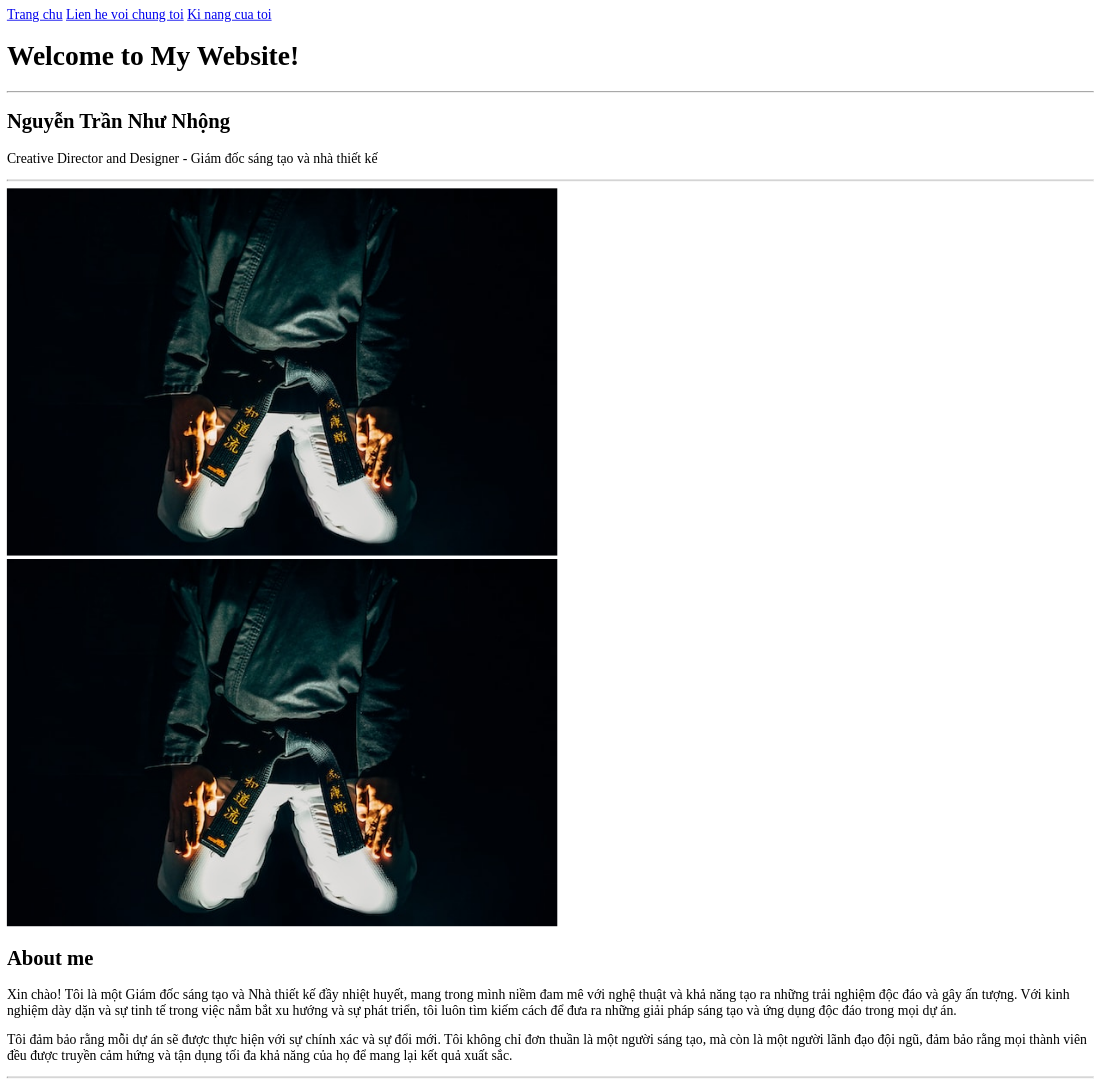
Repository: bachphamudu/index-ontap1
Page: index.html
The author's editor kept a copy of each file at every save. The page is drawn from the files as they stood at one save, then again after the next save.
The browser window is 1280 px wide. The pictures show the whole page, at 86% of full size.

Above is the page before, as saved 2026-10-16 07:28:05.

### index.html
<!DOCTYPE html>
<html lang="vi">

<head>
    <meta charset="UTF-8">
    <meta http-equiv="X-UA-Compatible" content="IE=edge">
    <meta name="viewport" content="width=device-width, initial-scale=1.0">
    <title>Bài học multi page Website</title>
</head>

<body>
    <!-- Thêm các link điều hướng -->
    <!-- 1. Điều hướng về trang chủ -->
    <a href="/">Trang chu</a>
    <!-- 2. Điều hướng đến contact.html -->
    <a href="./more-info/contact.html">Lien he voi chung toi</a>
    <!-- 3. Điều hướng đến my-skill.html -->
    <a href="./more-info/my-skill.html">Ki nang cua toi</a>

    <h1>Welcome to My Website!</h1>
    <hr>
    <h2>Nguyễn Trần Như Nhộng</h2>
    <p>Creative Director and Designer - Giám đốc sáng tạo và nhà thiết kế</p>
    <hr>

    <!-- Thêm hình ảnh tuhoc.cc.jpg và khi click chuột sẽ điều hướng đến contact.html  -->
    <a href="./more-info/contact.html"><img src="./assets/images/tuhoc.cc.jpg" alt="anh tu hoc"></a>
    <img src="./assets/images/tuhoc.cc.jpg" alt="nhan vao la dinh" >
    <a href="./more-info/contact.html"></a>
    <h2>About me</h2>
    <p>Xin chào! Tôi là một Giám đốc sáng tạo và Nhà thiết kế đầy nhiệt huyết, mang trong mình niềm đam mê với nghệ
        thuật và khả năng tạo ra những trải nghiệm độc đáo và gây ấn tượng. Với kinh nghiệm dày dặn và sự tinh tế trong
        việc nắm bắt xu hướng và sự phát triển, tôi luôn tìm kiếm cách để đưa ra những giải pháp sáng tạo và ứng dụng
        độc đáo trong mọi dự án.</p>
    <p>Tôi đảm bảo rằng mỗi dự án sẽ được thực hiện với sự chính xác và sự đổi mới. Tôi không chỉ đơn thuần là một người
        sáng tạo, mà còn là một người lãnh đạo đội ngũ, đảm bảo rằng mọi thành viên đều được truyền cảm hứng và tận dụng
        tối đa khả năng của họ để mang lại kết quả xuất sắc.</p>
    <hr>


</body>

</html>

After the next save:
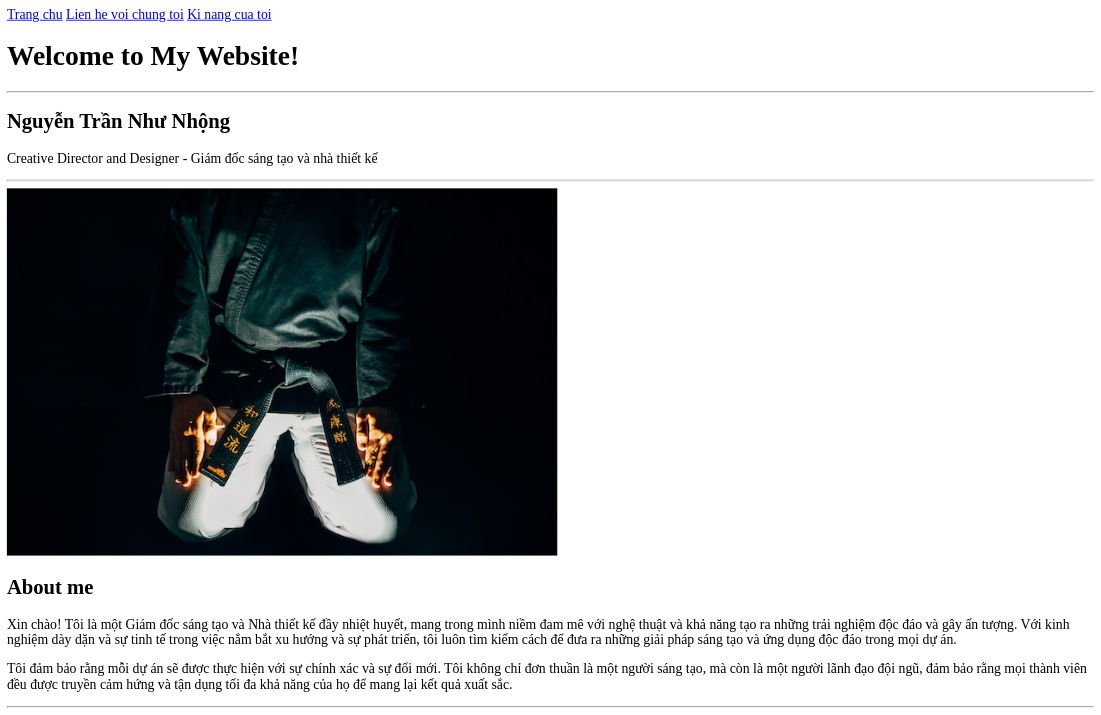
Saved 49 s later.
--- a/index.html
+++ b/index.html
@@ -25,8 +25,6 @@
 
     <!-- Thêm hình ảnh tuhoc.cc.jpg và khi click chuột sẽ điều hướng đến contact.html  -->
     <a href="./more-info/contact.html"><img src="./assets/images/tuhoc.cc.jpg" alt="anh tu hoc"></a>
-    <img src="./assets/images/tuhoc.cc.jpg" alt="nhan vao la dinh" >
-    <a href="./more-info/contact.html"></a>
     <h2>About me</h2>
     <p>Xin chào! Tôi là một Giám đốc sáng tạo và Nhà thiết kế đầy nhiệt huyết, mang trong mình niềm đam mê với nghệ
         thuật và khả năng tạo ra những trải nghiệm độc đáo và gây ấn tượng. Với kinh nghiệm dày dặn và sự tinh tế trong
